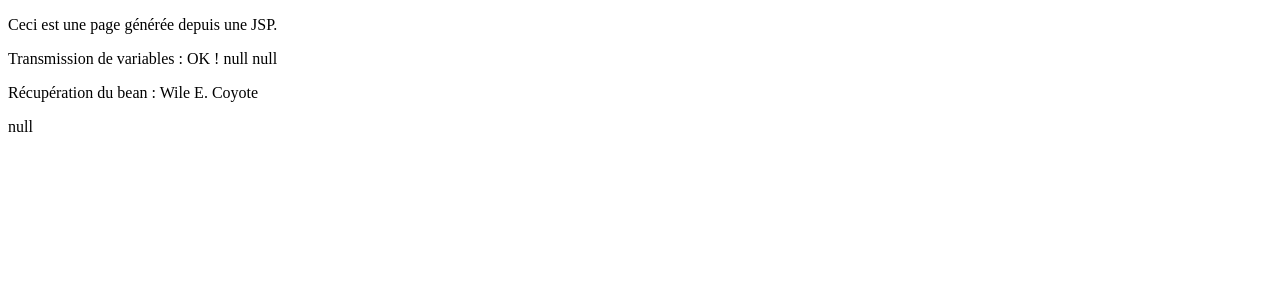
Repository: battilanah/java2e
Page: http://localhost/test/toto
An editor plug-in stored every save of this project. The page is shown before and after the next save, followed by the edit.
The browser window is 1280 px wide. The pictures show the whole page.
The page is served by Tomcat 9.

Above is the page before, as saved 2018-12-28 10:27:43.

After the next save:
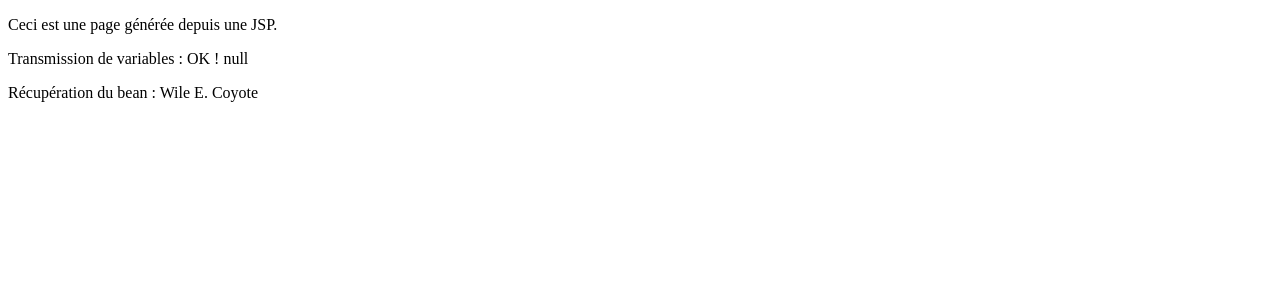
Saved 5 min 50 s later.
--- a/test/WebContent/WEB-INF/test.jsp
+++ b/test/WebContent/WEB-INF/test.jsp
@@ -8,27 +8,13 @@
     <body>
         <p>Ceci est une page générée depuis une JSP.</p>
         <p>
-            <%
-            String attribut = (String) request.getAttribute("test");
-            out.println( attribut );
-
-            String parametre = request.getParameter( "auteur" );
-            out.println( parametre );
-            %>
+            ${test}
+            ${param.auteur}
         </p>
         <p>
             Récupération du bean :
-            <%
-	    com.sdzee.beans.Coyote notreBean = (com.sdzee.beans.Coyote) request.getAttribute("coyote");
-	    out.println( notreBean.getPrenom() );
-            out.println( notreBean.getNom() );
-            %>
+            ${coyote.prenom}
+            ${coyote.nom}
         </p>
-        <jsp:useBean id="coyote" class="com.sdzee.beans.Coyote" />
-
-<%-- L'action suivante affiche le contenu de la propriété 'prenom' du bean 'coyote' : --%>
-<jsp:getProperty name="coyote" property="prenom" />
-
-
     </body>
 </html>
